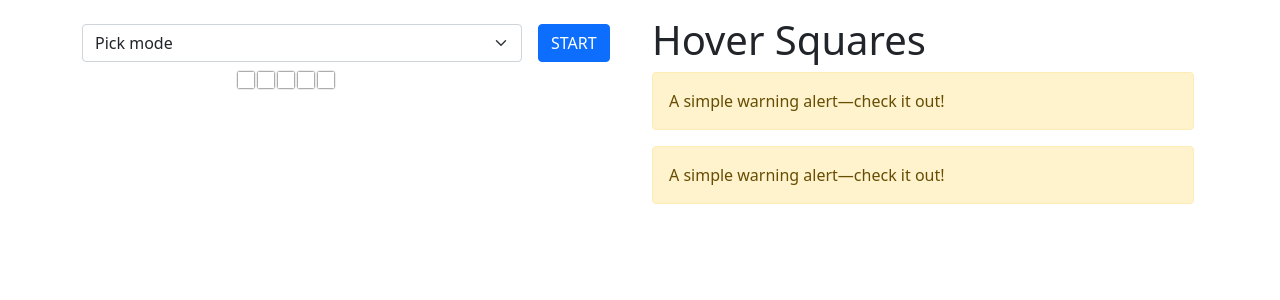
Repository: tsydikov/StarNaviTestTask
Page: /
These files come from the project's save history. The page is drawn as it stood at one moment and after the next save; the edit follows.
The browser window is 1280 px wide. The pictures show the whole page.
The project was rebuilt for these pictures with package versions that can differ from the ones it lists, and the page was loaded fresh each time.

Above is the page before, as saved 2021-08-13 17:51:39.

### public/index.html
<!DOCTYPE html>
<html lang="en">
  <head>
    <meta charset="utf-8" />
    <meta name="viewport" content="width=device-width, initial-scale=1" />
    <link href="https://cdn.jsdelivr.net/npm/bootstrap@5.1.0/dist/css/bootstrap.min.css" rel="stylesheet" integrity="sha384-KyZXEAg3QhqLMpG8r+8fhAXLRk2vvoC2f3B09zVXn8CA5QIVfZOJ3BCsw2P0p/We" crossorigin="anonymous">
    <title>React App</title>
  </head>
  <body>
    <noscript>You need to enable JavaScript to run this app.</noscript>
    <div id="root"></div>
  </body>
</html>

### src/index.js
import React from 'react';
import ReactDOM from 'react-dom';
import App from './App';


ReactDOM.render(
  // <React.StrictMode>
    <App />,
  // </React.StrictMode>,
  document.getElementById('root')
);

### src/App.js
import React,{useState} from 'react'
import './App.css'
// import Alert from './component/Alert';
// import Squares from './component/Squares';
// import GameMode from './component/GameMode';


function App() {

const [mode, setMode] = useState('0')
const [squares, setSquares] = useState([
  {id:1},
  {id:2},
  {id:3},
  {id:4},
  {id:5},
])
const url ='https://demo1030918.mockable.io/'

async function start() {

    if (mode !== '0') {
      const response = await fetch(url)
      const data = await response.json()
      const squaresNumber = data[mode].field
      console.log(squaresNumber)
      // console.log(squares)
      // setSquares(squaresNumber)
      // console.log(squares)
      } else console.log('net vubora')

 }

  return (
    <div className="container p-3">
      <div className="row ">
        <div className="col">
          <div className="row">
              <div className="col p-2">
                <select className="form-select p" defaultValue="0" onChange={event => setMode(event.target.value)}>
                  <option value="0">Pick mode</option>
                  <option value="easyMode">Easy</option>
                  <option value="normalMode">Normal</option>
                  <option value="hardMode">Hard</option>
                </select>
                <button type="button" className="btn btn-primary" onClick={start}>START</button>
              </div>
            </div>
          {/* <GameMode /> */}
          <div className="row">
            <div className="col">
              <div className="containerSquares" id="board">
                {squares.map(square =><div className="square" />)}
                {/* <div className="square"></div>
                <div className="square"></div>
                <div className="square"></div>
                <div className="square"></div> */}
              </div>
            </div>
          </div>
          {/* <Squares /> */}
        </div>
        <div className="col">
          <h1>Hover Squares</h1>
          <div className="alert alert-warning" role="alert">
            A simple warning alert—check it out!
          </div>
            <div className="alert alert-warning" role="alert">
              A simple warning alert—check it out!
            </div>
        </div>
        {/* <Alert /> */}
      </div>
    </div>
  );
}

export default App;

### src/App.css
.p {
    float: left;
    width: 80%;
    margin-right: 1rem;
}

.containerSquares {
    display: flex;
    justify-content: center;
    align-items: center;
    flex-wrap: wrap;
    max-width: 400px;
  }

  .square {
    width: 16px;
    height: 16px;
    background: white;
    margin: 2px;
    box-shadow: 0 0 2px #000;
    transition: 2s ease;
  }

After the next save:
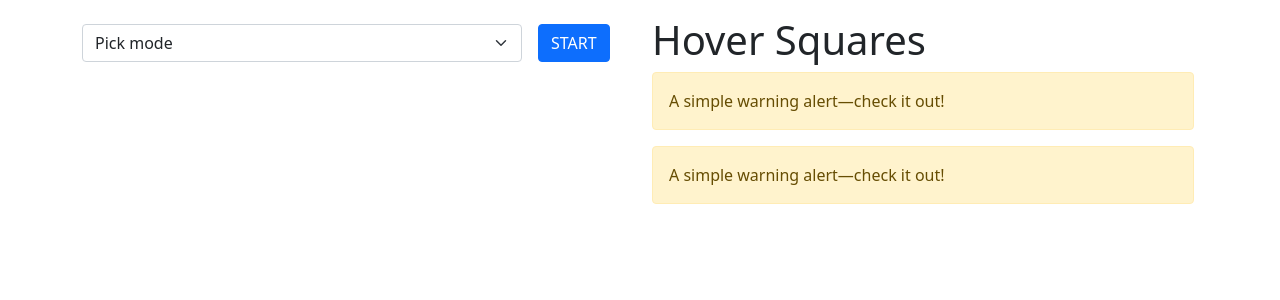
Saved 7 min 33 s later.
--- a/src/App.js
+++ b/src/App.js
@@ -8,25 +8,19 @@ import './App.css'
 function App() {
 
 const [mode, setMode] = useState('0')
-const [squares, setSquares] = useState([
-  {id:1},
-  {id:2},
-  {id:3},
-  {id:4},
-  {id:5},
-])
+const [squares, setSquares] = useState([])
 const url ='https://demo1030918.mockable.io/'
 
 async function start() {
-
     if (mode !== '0') {
       const response = await fetch(url)
       const data = await response.json()
       const squaresNumber = data[mode].field
       console.log(squaresNumber)
-      // console.log(squares)
-      // setSquares(squaresNumber)
-      // console.log(squares)
+      console.log(squares)
+
+      setSquares()
+      console.log(squares)
       } else console.log('net vubora')
 
  }
